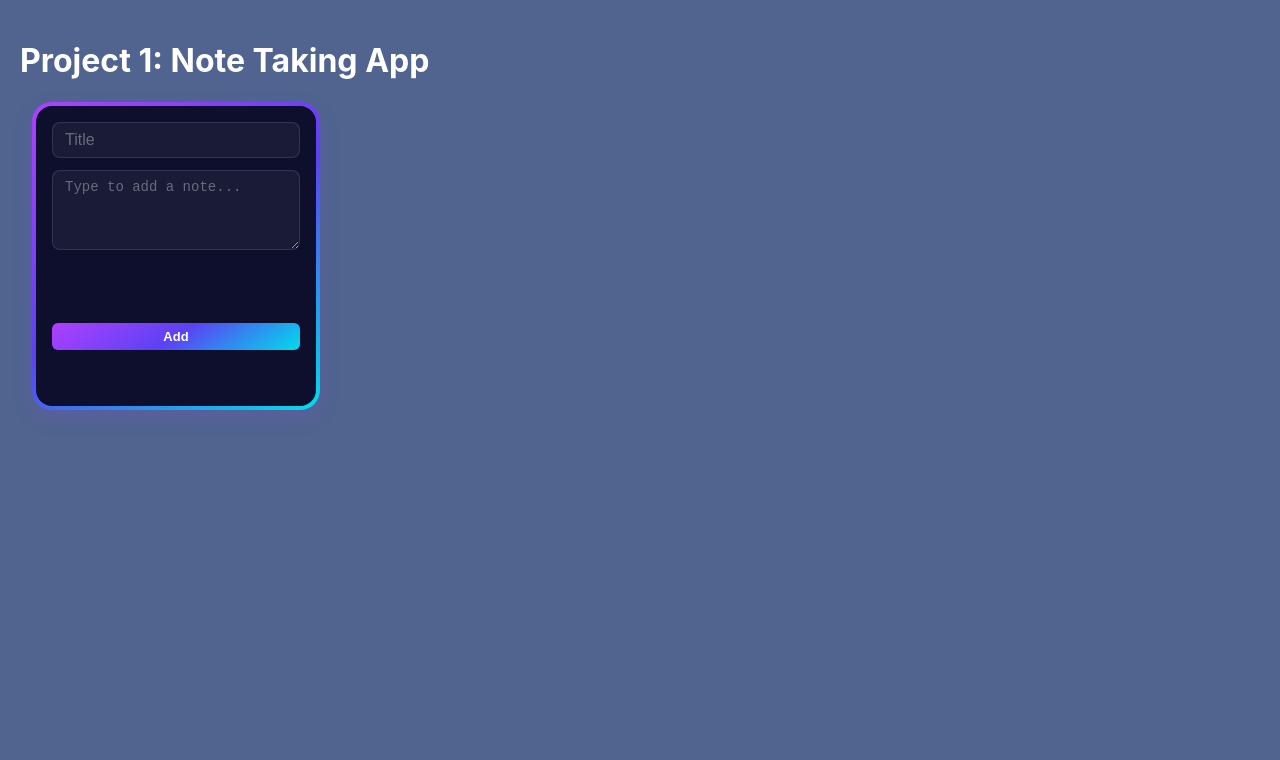
Repository: AJANI2005/Notes-App
Page: /
These files come from the project's save history. The page is drawn as it stood at one moment and after a run of saves; the edit follows.
The browser window is 1280 px wide. The pictures show the whole page.
The project was rebuilt for these pictures with package versions that can differ from the ones it lists, and the page was loaded fresh each time. Also part of the build but not shown: vite.config.ts, src/App.css, src/style/dialogbox.css, src/DialogBox.tsx.

Above is the page before, as saved 2025-07-31 18:59:28.

After the next 2 saves:
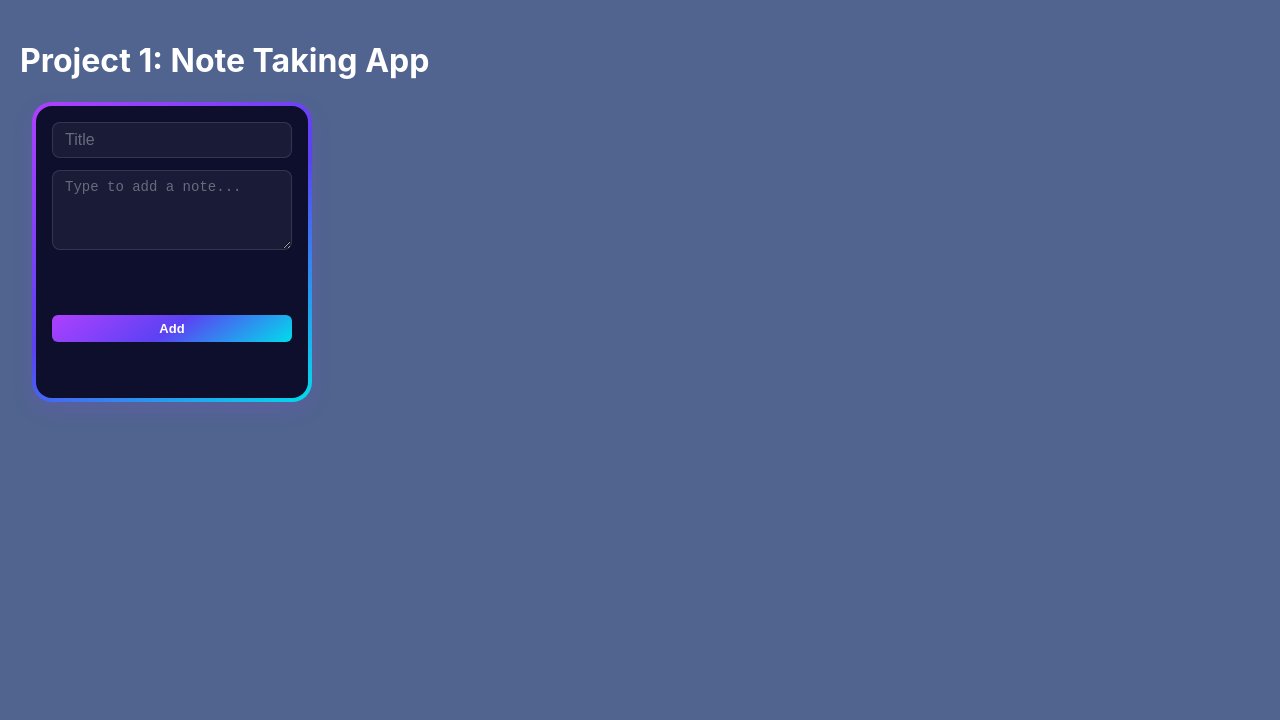
The 2 saves are shown as one change because they came seconds apart.
The last was saved 62 s later.
--- a/src/style/note.css
+++ b/src/style/note.css
@@ -1,10 +1,16 @@
 /* Make all elements respect card boundaries */
+*,
+*::before,
+*::after {
+  box-sizing: border-box;
+}
+
 /* --- Note Card --- */
 .note {
   display: flex;
   flex-direction: column;
   width: 280px;
-  min-height: 300px;
+  height: 300px;
   padding: 4px; /* Gradient border thickness */
   border-radius: 20px;
   background: linear-gradient(145deg, #af40ff, #5b42f3 50%, #00ddeb);
@@ -38,7 +44,6 @@
 /* --- Inputs --- */
 .note-title-input,
 .note-input {
-  box-sizing: border-box;
   width: 100%;
   border-radius: 8px;
   border: 1px solid rgba(255, 255, 255, 0.12);

After the save that followed:
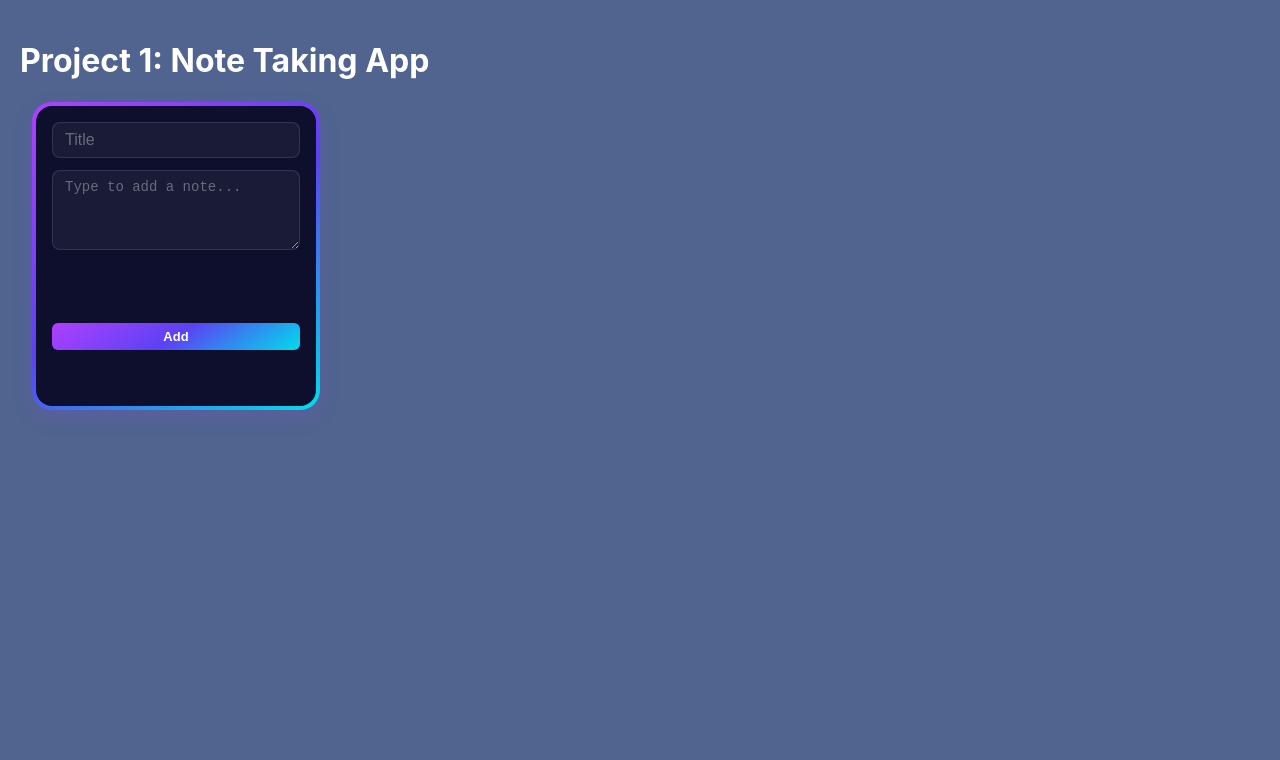
Saved 5 s later.
--- a/src/style/note.css
+++ b/src/style/note.css
@@ -1,16 +1,10 @@
 /* Make all elements respect card boundaries */
-*,
-*::before,
-*::after {
-  box-sizing: border-box;
-}
-
 /* --- Note Card --- */
 .note {
   display: flex;
   flex-direction: column;
   width: 280px;
-  height: 300px;
+  min-height: 300px;
   padding: 4px; /* Gradient border thickness */
   border-radius: 20px;
   background: linear-gradient(145deg, #af40ff, #5b42f3 50%, #00ddeb);
@@ -44,6 +38,7 @@
 /* --- Inputs --- */
 .note-title-input,
 .note-input {
+  box-sizing: border-box;
   width: 100%;
   border-radius: 8px;
   border: 1px solid rgba(255, 255, 255, 0.12);
